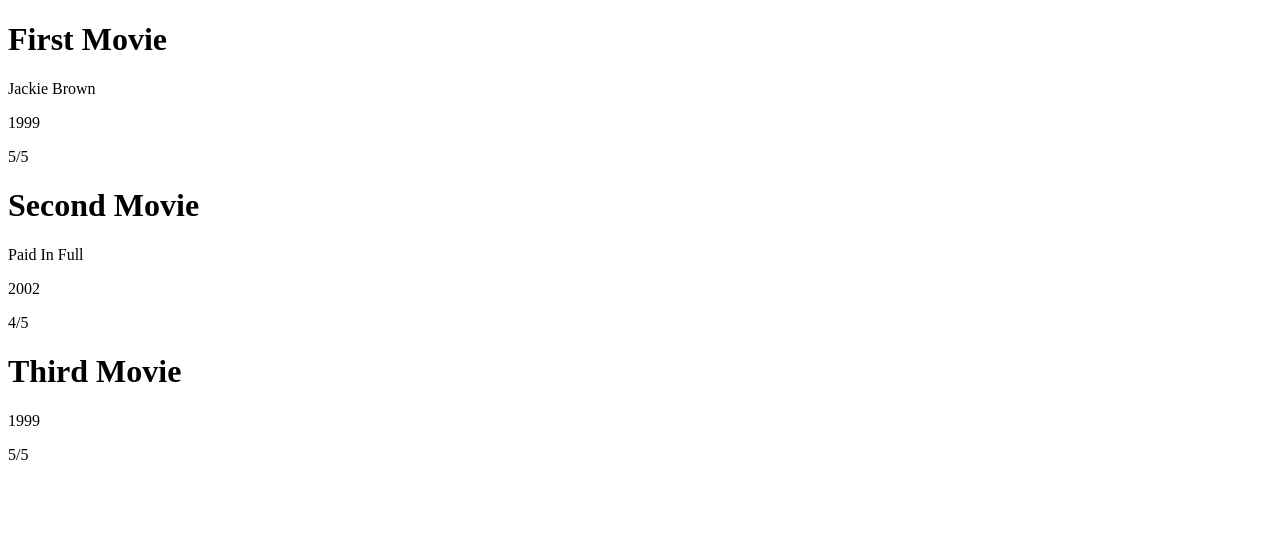
Repository: cs-fullstack-2020-spring/javascript-classes-cw-Awhit-commits
Page: index.html
These files come from the project's save history. The page is drawn as it stood at one moment and after a run of saves; the edit follows.
The browser window is 1280 px wide. The pictures show the whole page.

Above is the page before, as saved 2021-01-06 21:42:40.

### index.html
<!DOCTYPE html>
<html lang="en">

<head>
    <meta charset="UTF-8">
    <meta name="viewport" content="width=device-width, initial-scale=1.0">
    <title>Document</title>
    <!-- <link rel="stylesheet" href="style.css"> -->
</head>

<body>
    <div id = "secondProblem">

    </div>
   <script src = "index.js"></script>
</body>

</html>

### index.js
let problem1 = ()=>{
    let ContactInfo = class{
        constructor(firstName,lastName,email){
            this.firstName=firstName,
            this.lastName=lastName,
            this.email = email



        }
    }
    let newPerson = new ContactInfo("Andrew","Moore","andrew@trex.com")
    console.log(newPerson.firstName)
    alert(`Your first name is ${newPerson.firstName}\nYour last name is ${newPerson.lastName}\n Your email is ${newPerson.email}`)
}
// problem1();

let problem2 =()=>{
    let Movie = class{
        constructor(movieTitle,movieYear,rating){
            this.movieTitle = movieTitle,
            this.movieYear = movieYear,
            this.rating= rating
        }
    }

    let firstMovie = new Movie("Jackie Brown", "1999","5/5")
    let secondMovie = new Movie("Paid In Full", "2002","4/5")
    let thirdMovie = new Movie("", "1999","5/5")
    showMovie = document.getElementById("secondProblem")
    showMovie.innerHTML = (`<div>
        <h1>First Movie</h1>
        <p>${firstMovie.movieTitle}</p>
        <p>${firstMovie.movieYear}</p>
        <p>${firstMovie.rating}</p>
    </div>
   <div>
        <h1>Second Movie</h1>
        <p>${secondMovie.movieTitle}</p>
        <p>${secondMovie.movieYear}</p>
        <p>${secondMovie.rating}</p>
        <h1>Third Movie</h1>
        <p>${thirdMovie.movieTitle}</p>
        <p>${thirdMovie.movieYear}</p>
        <p>${thirdMovie.rating}</p>
    </div>`)
}
problem2()

After the next 2 saves:
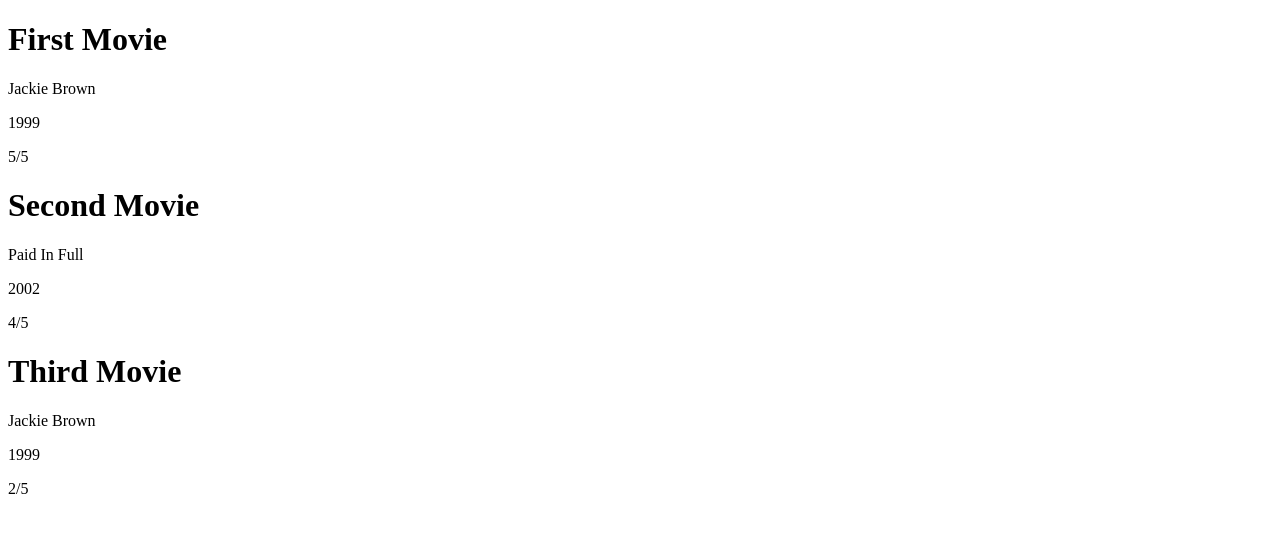
The 2 saves are shown as one change because they came seconds apart.
The last was saved 17 s later.
--- a/index.js
+++ b/index.js
@@ -26,7 +26,7 @@
 
     let firstMovie = new Movie("Jackie Brown", "1999","5/5")
     let secondMovie = new Movie("Paid In Full", "2002","4/5")
-    let thirdMovie = new Movie("", "1999","5/5")
+    let thirdMovie = new Movie("Jackie Brown", "1999","2/5")
     showMovie = document.getElementById("secondProblem")
     showMovie.innerHTML = (`<div>
         <h1>First Movie</h1>
